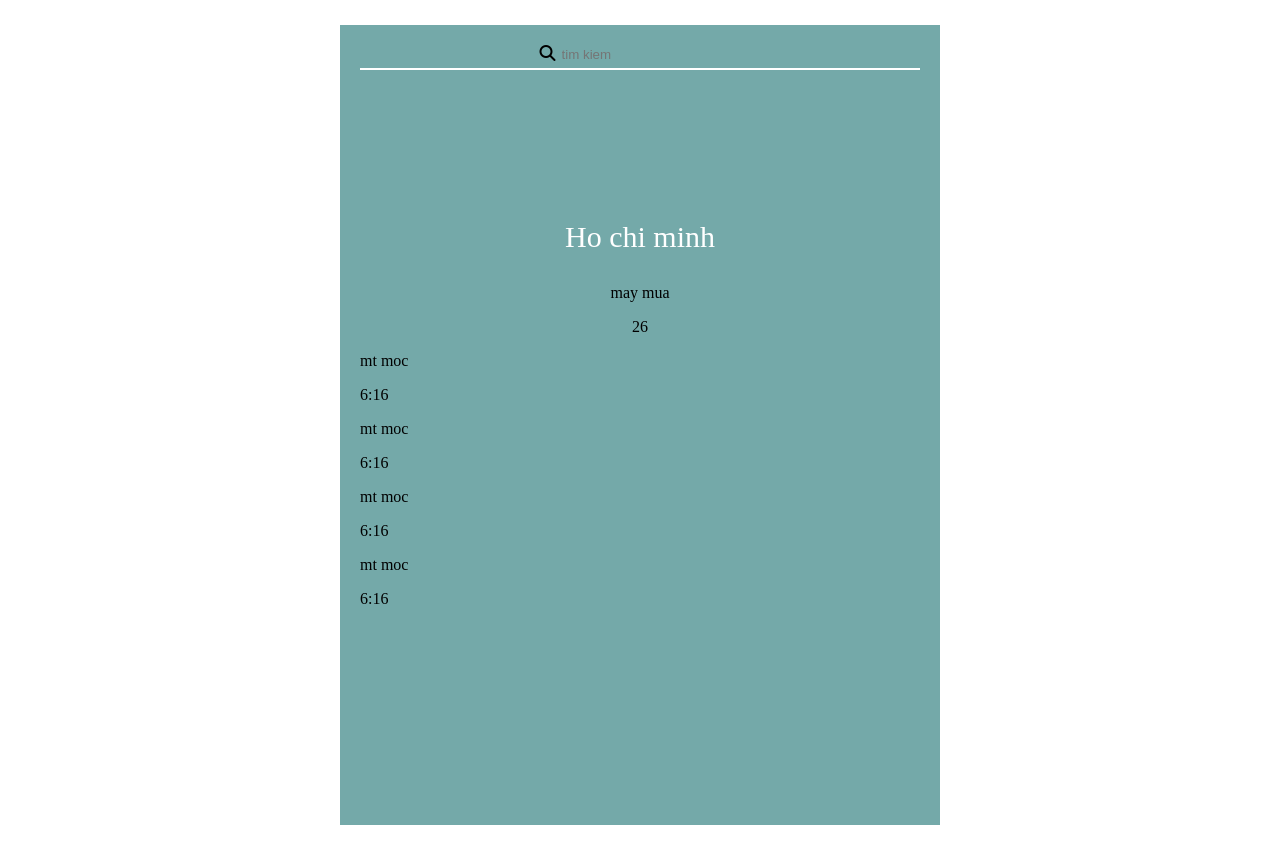
Repository: tienbkvn0605/weatherApp
Page: index.html
These files come from the project's save history. The page is drawn as it stood at one moment and after the next save; the edit follows.
The browser window is 1280 px wide. The pictures show the whole page.

Above is the page before, as saved 2022-10-05 16:48:05.

After the next save:
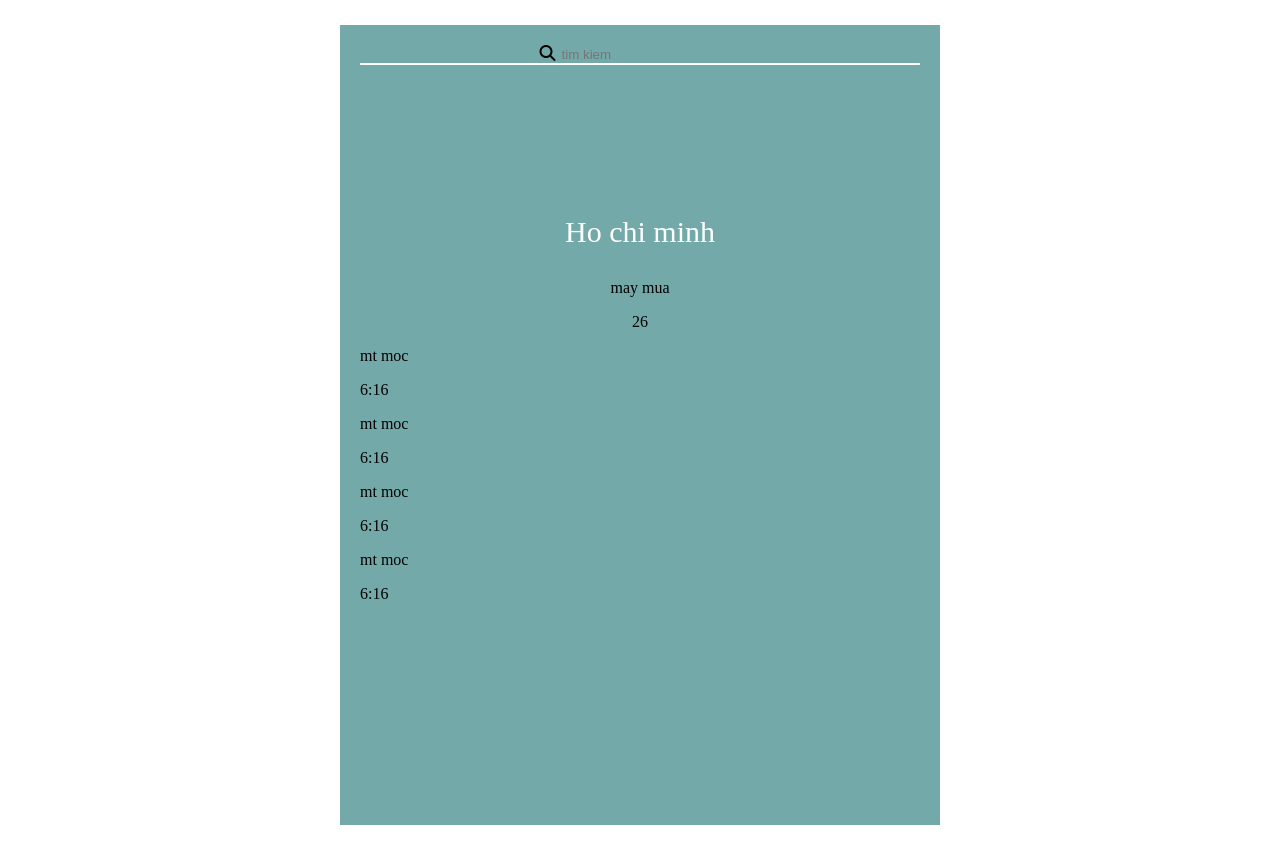
Saved 18 s later.
--- a/appstyle.css
+++ b/appstyle.css
@@ -17,7 +17,7 @@
 .search-bar {
   margin: 0 auto;
   border-bottom: 2px solid white;
-  padding: 0px 25px 5px;
+  padding: 0px 25px 5px 30;
   align-items: center;
   margin-bottom: 150px;
 }
